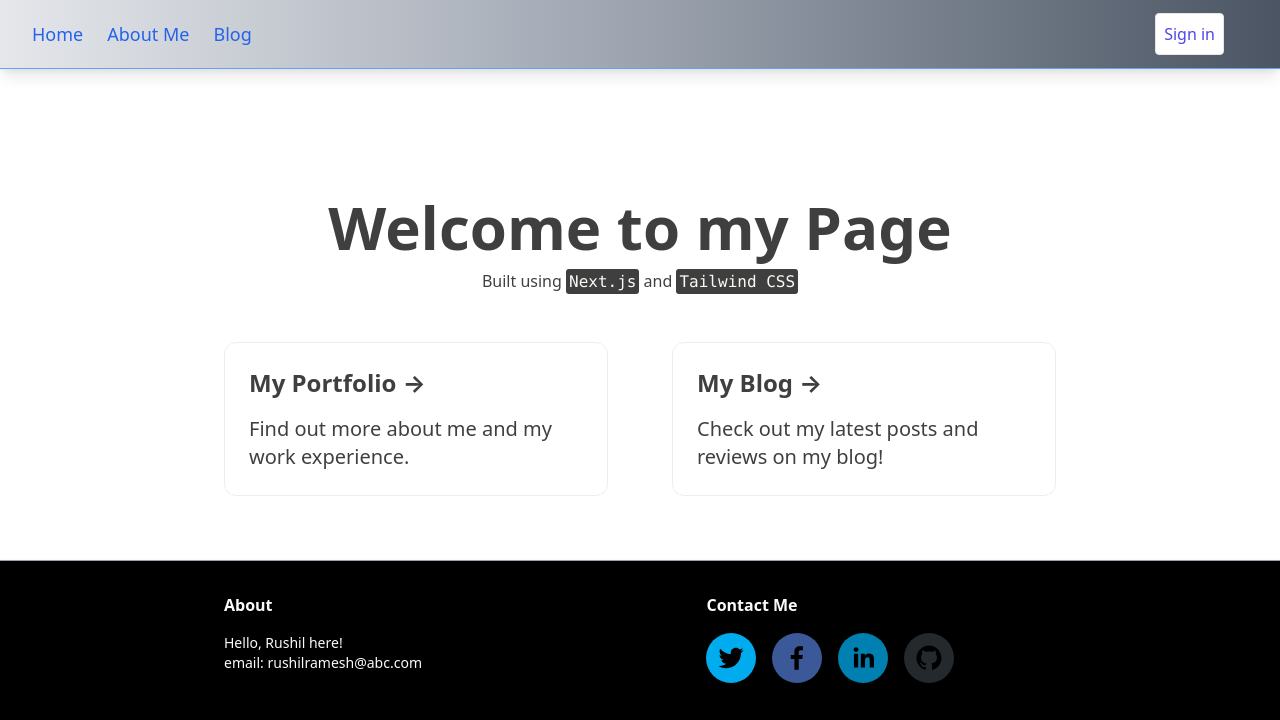
Repository: rushilramesh/portfolio-page
Page: /
The author's editor kept a copy of each file at every save. The page is drawn from the files as they stood at one save, then again after the next save.
The browser window is 1280 px wide. The pictures show the whole page.
The page's requests for data from a server got no answer. The project was rebuilt for these pictures with package versions that can differ from the ones it lists, and the page was loaded fresh each time. The framework's server and built-in components were replaced by stand-ins that run in the browser. No one was signed in, and anything a server would have sent is missing. Also part of the build but not shown: next.config.js.

Above is the page before, as saved 2021-05-24 12:47:14.

### pages/_app.tsx
import { AppProps } from 'next/dist/next-server/lib/router/router';
import '../styles/globals.css'
import { Provider } from 'next-auth/client';


function MyApp({ Component, pageProps } : AppProps) {

  return (
    <Provider session={pageProps.session}>
      <Component {...pageProps} />
    </Provider>
  )

}

export default MyApp

### pages/index.tsx
import Head from 'next/head'
import Image from 'next/image'
import Link from 'next/link'
import Layout from '../components/Layout'
import utilStyles from '../styles/utils.module.css'
import firebaseClient from '../lib/firbaseClient'
import { useAuth } from '../lib/auth'


export default function Home() {

  return (


    <Layout home>
      <Head>
        <title>Personal Portfolio</title>
      </Head>
        <div className="container mx-auto  flex flex-col items-center justify-center w-full mt-32 flex-1 px-20 text-center opacity-75" >

          <h1 className="text-6xl font-bold">
            Welcome to my Page
          </h1>

          <p className="mt-3">
            Built using <code> Next.js</code> and <code>Tailwind CSS</code>
          </p>


          <div className="flex flex-wrap items-center justify-around max-w-4xl mt-6 sm:w-full">
            <Link href="./about">
              <a className="p-6 mt-6 text-left border w-96 rounded-xl hover:bg-indigo-200 focus:text-blue-600">
                <h3 className="text-2xl font-bold">My Portfolio &rarr;</h3>
                <p className="mt-4 text-xl">
                  Find out more about me and my work experience.
                </p>
              </a>
            </Link>

            <Link href="./blog">
              <a className="p-6 mt-6 text-left border w-96 rounded-xl hover:bg-red-200 focus:text-blue-600">
                <h3 className="text-2xl font-bold">My Blog &rarr;</h3>
                <p className="mt-4 text-xl">
                  Check out my latest posts and reviews on my blog!
                </p>
              </a>
            </Link>
          </div>
        </div>

    </Layout>

  )
}

### styles/globals.css
@tailwind base;
@tailwind components;
@tailwind utilities;

code {
    background-color: black;
    color: #f8f8f2;
    padding: 3px;
    border-radius: 3px;
}

### components/Layout.tsx
import Nav from './Nav'
import utilStyles from '../styles/utils.module.css'
import Link from 'next/link'
import { SocialIcon } from 'react-social-icons';

const Layout = ({children, home} : {children: React.ReactNode, home?: boolean, }) => {
    return (
        <div className="flex flex-col width-screen h-screen" >
            <header>
                <Nav />
            </header>
            <div className="container mx-auto mb-488 text-center">
                <main>{children}</main>
            </div>

            <footer  className= {(home) ? " fixed bottom-0 bg-black border-t w-full border-gray-400 shadow text-gray-50 h-40" : "  bg-black border-t border-gray-400 shadow text-gray-50 "}>
            <div className="container max-w-4xl mx-auto flex py-8 ">
                <div className="flex w-full md:w-7/12 ">
                    <div className="px-8">
                        <h3 className="font-bold text-gray-50">About</h3>
                        <p className="py-4 text-gray-50 text-sm">
                            Hello, Rushil here!
                            <br/>
                            email: rushilramesh@abc.com
                        </p>
                    </div>
				</div>

                <div className="flex w-full md:w-1/2 ">
					<div className="px-8">
						<h3 className="font-bold -mb-4 text-gray-50">Contact Me</h3>
						<div className="container justify-center inline-flex mt-8 space-x-4 ">
                            <a href='https://twitter.com/?lang=en'><SocialIcon network="twitter" /></a>
                            <a href='https://www.facebook.com/'><SocialIcon network="facebook" /></a>
                            <a href='https://www.linkedin.com/in/rushil-ramesh-2a8404209/'><SocialIcon network="linkedin" /></a>
                            <a href='https://github.com/rushilramesh'><SocialIcon network="github" /></a>
                        </div>
					</div>
				</div>
            </div>
        </footer>
        </div>
    )
}

export default Layout;

### components/Nav.tsx
/* This example requires Tailwind CSS v2.0+ */
import Link from 'next/link'
import Image from 'next/dist/client/image'
import router, { useRouter } from 'next/router'
import { signIn, signOut, useSession} from 'next-auth/client'


const navs = [
   {name: 'Home', href: '/'},
   {name: 'About Me', href: 'http://localhost:3000/about'},
   {name: 'Blog', href: 'http://localhost:3000/blog'}
]


export default function Nav() {
   const [session, loading] = useSession()

   if (loading) {
      return <h1></h1>
   }

   return (
      <nav id="header" className="w-full z-30 top-10 py-1 bg-gradient-to-r from-gray-200 via-gray-400 to-gray-600 shadow-lg border-b border-blue-400 mt-15">
         <div className="w-full flex items-center justify-between mt-0 px-6 py-2">
         <label  className="cursor-pointer md:hidden block">
            <svg className="fill-current text-blue-600" xmlns="http://www.w3.org/2000/svg" width="20" height="20" viewBox="0 0 20 20">
               <title>menu</title>
               <path d="M0 3h20v2H0V3zm0 6h20v2H0V9zm0 6h20v2H0v-2z"></path>
            </svg>
         </label>
         <input className="hidden" type="checkbox" id="menu-toggle"/>

         <div className="hidden md:flex md:items-center md:w-auto w-full order-3 md:order-1" id="menu">
            <nav>
               <ul className="md:flex items-center justify-between text-base text-blue-600 pt-4 md:pt-0">
                  {navs.map((item) => (
                  <li key={item.name} >
                     <Link href={item.href}>
                        <a className="inline-block no-underline hover:text-black font-medium text-lg py-2 px-4 lg:-ml-2" >{item.name}</a>
                     </Link>
                  </li>))}
               </ul>
            </nav>
         </div>

         <div className="order-2 md:order-3 flex flex-wrap items-center justify-end mr-0 md:mr-4" id="nav-content">
            <div className="auth flex space-x-4 items-center w-full md:w-full">
               { session && (
                  <Image src="/images/displayPhoto.jpeg" alt="DP" width={30} height ={30} className="rounded-full"/>
               )}
               <button className="bg-white text-indigo-600 p-2 rounded border mr-4 hover:bg-gray-100 hover:text-indigo-700">
                  {session ? (
                        <button onClick={e => {
                           e.preventDefault()
                           signOut()
                           router.push('/')
                        }}>Sign Out</button>
                        ) : (
                        <button onClick={e => {
                           e.preventDefault()
                           signIn("Credentials")
                        }}>Sign in</button>
                     )
                  }
               </button>
            </div>
         </div>
         </div>
      </nav>
  )
}

### tailwind.config.js
module.exports = {

  purge: ['./pages/**/*.{js,ts,jsx,tsx}', './components/**/*.{js,ts,jsx,tsx}'],
  darkMode: false, // or 'media' or 'class'
  theme: {
    extend: {
      backgroundImage: theme => ({
        'main-background': "url('/images/background-photo.jpeg')",
      })
    },
  },
  variants: {
    extend: {
      justifyItems: ['hover', 'focus'],
    },
  },
  plugins: [],
}

After the next save:
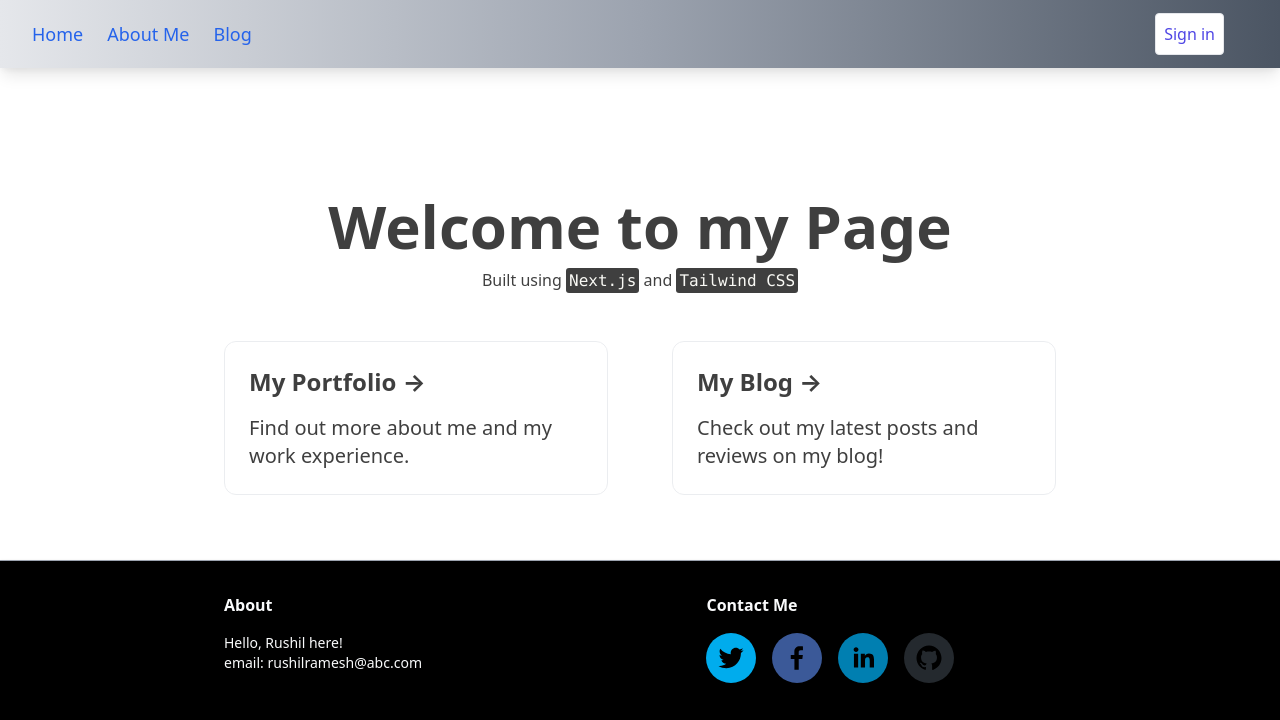
Saved 15 s later.
--- a/components/Nav.tsx
+++ b/components/Nav.tsx
@@ -20,7 +20,7 @@ export default function Nav() {
    }
 
    return (
-      <nav id="header" className="w-full z-30 top-10 py-1 bg-gradient-to-r from-gray-200 via-gray-400 to-gray-600 shadow-lg border-b border-blue-400 mt-15">
+      <nav id="header" className="w-full z-30 top-10 py-1 bg-gradient-to-r from-gray-200 via-gray-400 to-gray-600 shadow-lg  mt-15">
          <div className="w-full flex items-center justify-between mt-0 px-6 py-2">
          <label  className="cursor-pointer md:hidden block">
             <svg className="fill-current text-blue-600" xmlns="http://www.w3.org/2000/svg" width="20" height="20" viewBox="0 0 20 20">
